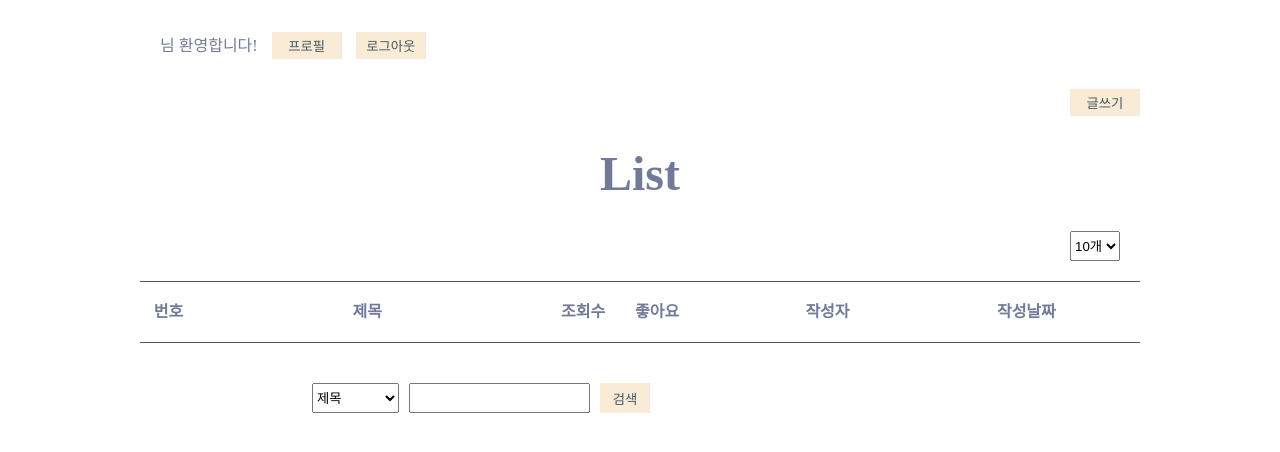
Repository: kayoyo/jsp
Page: http://localhost/BoardWeb_4/WEB-INF/jsp/board/list.jsp
These files come from the project's save history. The page is drawn as it stood at one moment and after the next save; the edit follows.
The browser window is 1280 px wide. The pictures show the whole page.
The page is served by Tomcat 9. Nobody is signed in. The template is opened directly, without the code that normally fills it, so the values that code supplies are empty.

Above is the page before, as saved 2020-09-03 08:34:24.

After the next save:
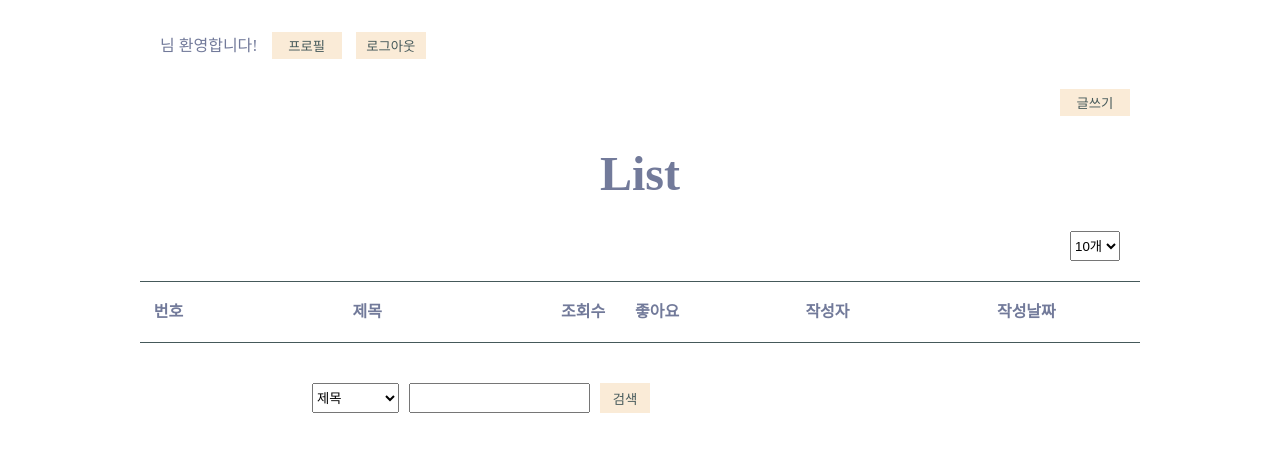
Saved 3 min 53 s later.
--- a/BoardWeb_4/WebContent/WEB-INF/jsp/board/list.jsp
+++ b/BoardWeb_4/WebContent/WEB-INF/jsp/board/list.jsp
@@ -45,6 +45,7 @@ a {
 div.user_write { display: flex;
 				 justify-content: flex-end;
 				 margin-top: 30px;
+				 margin-right: 10px;
 }
 .logOutBtn {width: 70px; height: 27px;
 			margin-left:10px;
